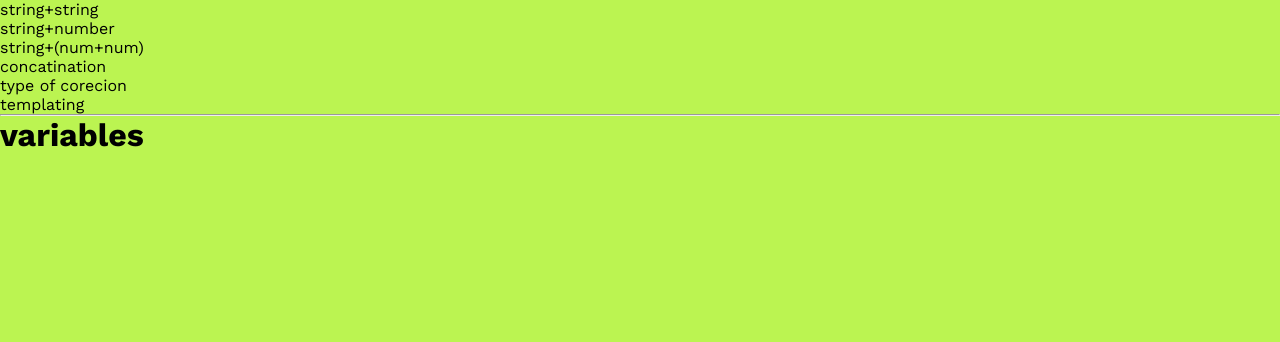
Repository: neelpatel6262/task-manager
Page: index.html
The author's editor kept a copy of each file at every save. The page is drawn from the files as they stood at one save, then again after the next save.
The browser window is 1280 px wide. The pictures show the whole page.
Some web fonts or font styles are not loaded; a fallback is used.

Above is the page before, as saved 2025-07-17 15:30:25.

After the next save:
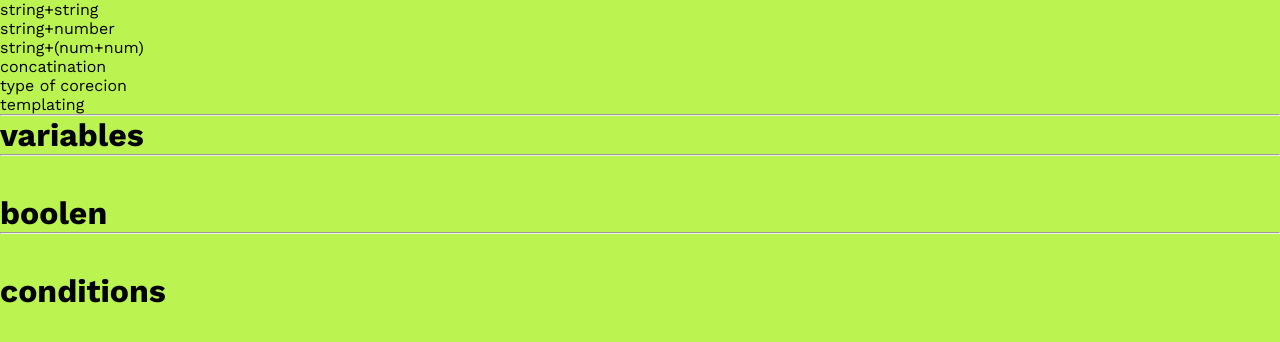
Saved 7 min 31 s later.
--- a/index.html
+++ b/index.html
@@ -30,5 +30,18 @@
     variables
    </h1>
 
+   <hr>
+   <br>
+   <br>
+   <h1>
+    boolen
+   </h1>
+    <hr>
+   <br>
+   <br>
+   <h1>
+   conditions
+   </h1>
+
 </body>
 </html>
